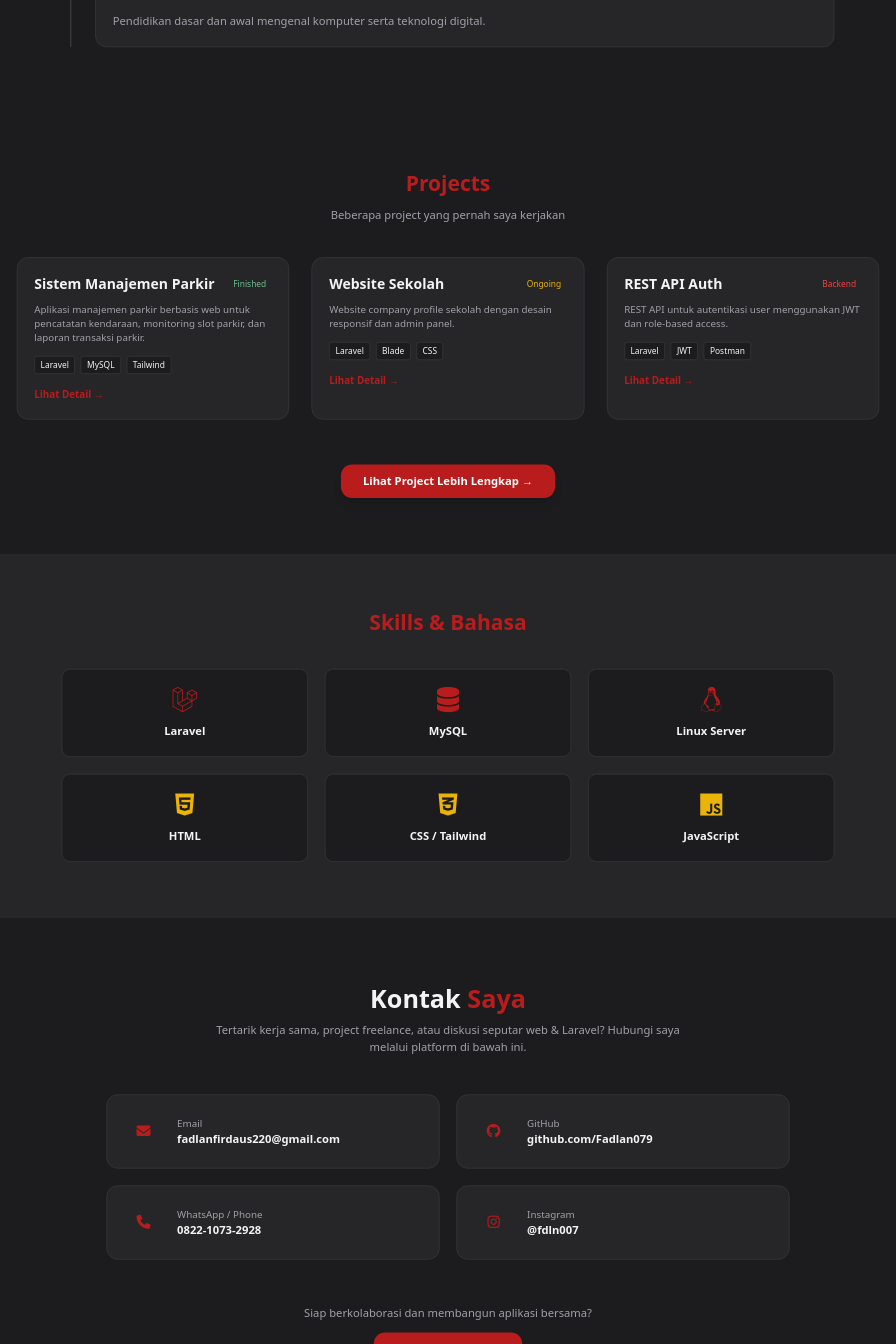
Repository: Fadlan079/Personal-Portfolio
Page: http://localhost/
These files come from the project's save history. The page is drawn as it stood at one moment and after the next save; the edit follows.
The browser window is 1280 px wide. The pictures show the part of the page from y = 2278 to 4198 px (the page is 4636 px tall before and 4168 px after), at 70% of full size.
Some web libraries are served in a nearby version. The page is served by the project's Laravel application, run on PHP 8.4 with Laravel 12.

Above is the page before, as saved 2026-01-15 09:15:11.

After the next save:
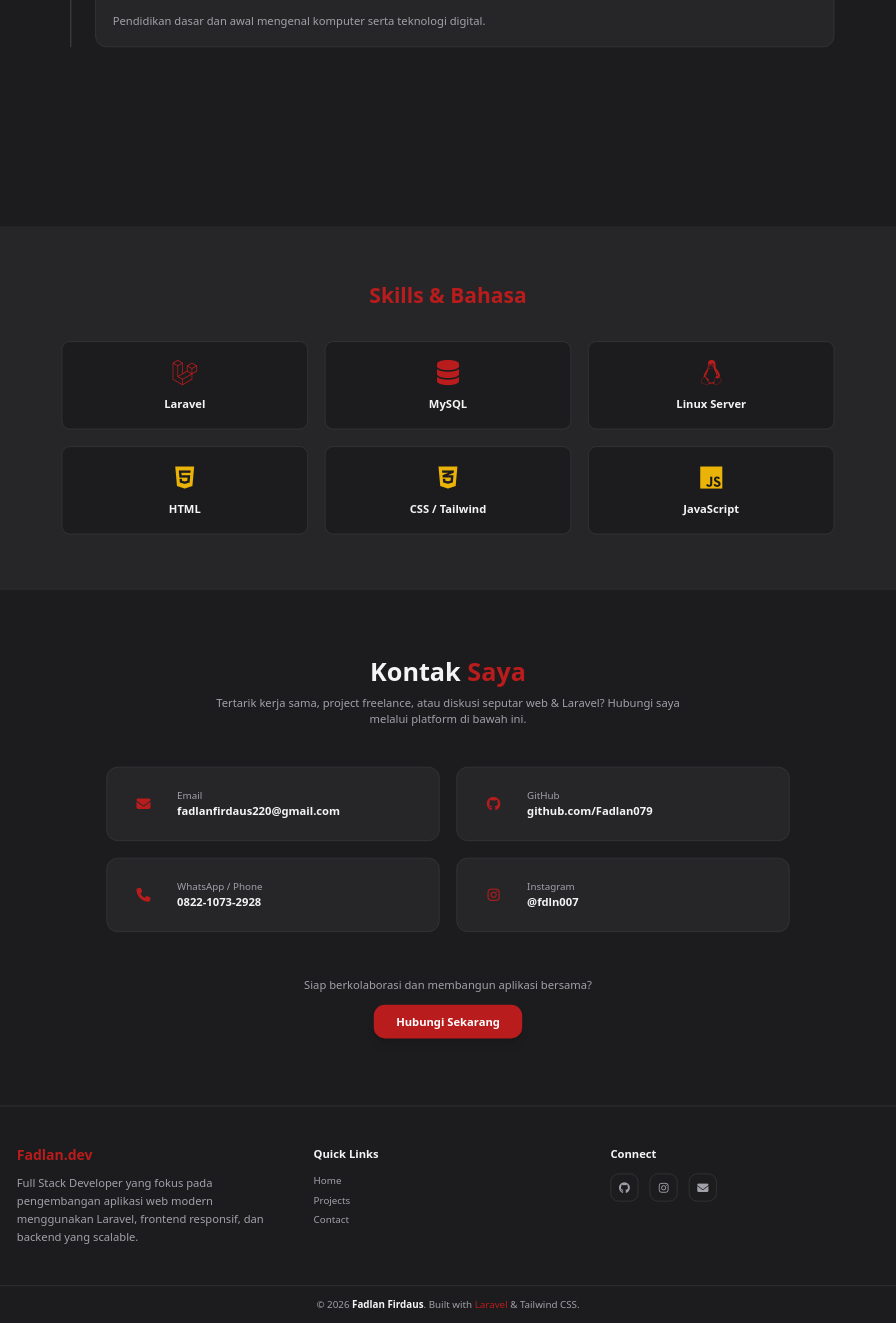
Saved 14 s later.
--- a/resources/views/portofolio.blade.php
+++ b/resources/views/portofolio.blade.php
@@ -87,99 +87,7 @@
   </main>
 
 <section id="projects" class="py-20 bg-bg">
-    <div class="max-w-7xl mx-auto px-6">
-      <h3 class="text-3xl font-bold text-center mb-4 text-primary">Projects</h3>
-      <p class="text-muted text-center mb-12">
-        Beberapa project yang pernah saya kerjakan
-      </p>
-
-      <div class="grid md:grid-cols-3 gap-8">
-
-      <div class="bg-surface border border-border rounded-2xl p-6 hover:-translate-y-2 transition">
-        <div class="flex justify-between items-center mb-3">
-          <h4 class="text-xl font-semibold">Sistem Manajemen Parkir</h4>
-          <span class="text-xs px-2 py-1 rounded bg-success/20 text-success">
-            Finished
-          </span>
-        </div>
-
-        <p class="text-muted text-sm mb-4">
-          Aplikasi manajemen parkir berbasis web untuk pencatatan kendaraan,
-          monitoring slot parkir, dan laporan transaksi parkir.
-        </p>
-
-        <div class="flex flex-wrap gap-2 text-xs mb-4">
-          <span class="px-2 py-1 bg-bg border border-border rounded">Laravel</span>
-          <span class="px-2 py-1 bg-bg border border-border rounded">MySQL</span>
-          <span class="px-2 py-1 bg-bg border border-border rounded">Tailwind</span>
-        </div>
-
-        <a href="https://github.com/Fadlan079/Sistem-Manajemen-Parkir.git" class="text-primary text-sm font-semibold hover:underline">
-          Lihat Detail →
-        </a>
-      </div>
-
-      <div class="bg-surface border border-border rounded-2xl p-6 hover:-translate-y-2 transition">
-        <div class="flex justify-between items-center mb-3">
-          <h4 class="text-xl font-semibold">Website Sekolah</h4>
-          <span class="text-xs px-2 py-1 rounded bg-warning/20 text-warning">
-            Ongoing
-          </span>
-        </div>
-
-        <p class="text-muted text-sm mb-4">
-          Website company profile sekolah dengan desain responsif
-          dan admin panel.
-        </p>
-
-        <div class="flex flex-wrap gap-2 text-xs mb-4">
-          <span class="px-2 py-1 bg-bg border border-border rounded">Laravel</span>
-          <span class="px-2 py-1 bg-bg border border-border rounded">Blade</span>
-          <span class="px-2 py-1 bg-bg border border-border rounded">CSS</span>
-        </div>
-
-        <a href="#" class="text-primary text-sm font-semibold hover:underline">
-          Lihat Detail →
-        </a>
-      </div>
-
-      <div class="bg-surface border border-border rounded-2xl p-6 hover:-translate-y-2 transition">
-        <div class="flex justify-between items-center mb-3">
-          <h4 class="text-xl font-semibold">REST API Auth</h4>
-          <span class="text-xs px-2 py-1 rounded bg-danger/20 text-danger">
-            Backend
-          </span>
-        </div>
-
-        <p class="text-muted text-sm mb-4">
-          REST API untuk autentikasi user menggunakan JWT
-          dan role-based access.
-        </p>
-
-        <div class="flex flex-wrap gap-2 text-xs mb-4">
-          <span class="px-2 py-1 bg-bg border border-border rounded">Laravel</span>
-          <span class="px-2 py-1 bg-bg border border-border rounded">JWT</span>
-          <span class="px-2 py-1 bg-bg border border-border rounded">Postman</span>
-        </div>
-
-        <a href="#" class="text-primary text-sm font-semibold hover:underline">
-          Lihat Detail →
-        </a>
-      </div>
-
-    </div>
-    <div class="mt-16 flex justify-center">
-    <a
-        href="project"
-        class="px-8 py-3 rounded-2xl
-            bg-primary text-white font-semibold
-            hover:bg-primary/90 transition
-            shadow-lg shadow-primary/20"
-    >
-        Lihat Project Lebih Lengkap →
-    </a>
-    </div>
-  </div>
+
 </section>
 
 
